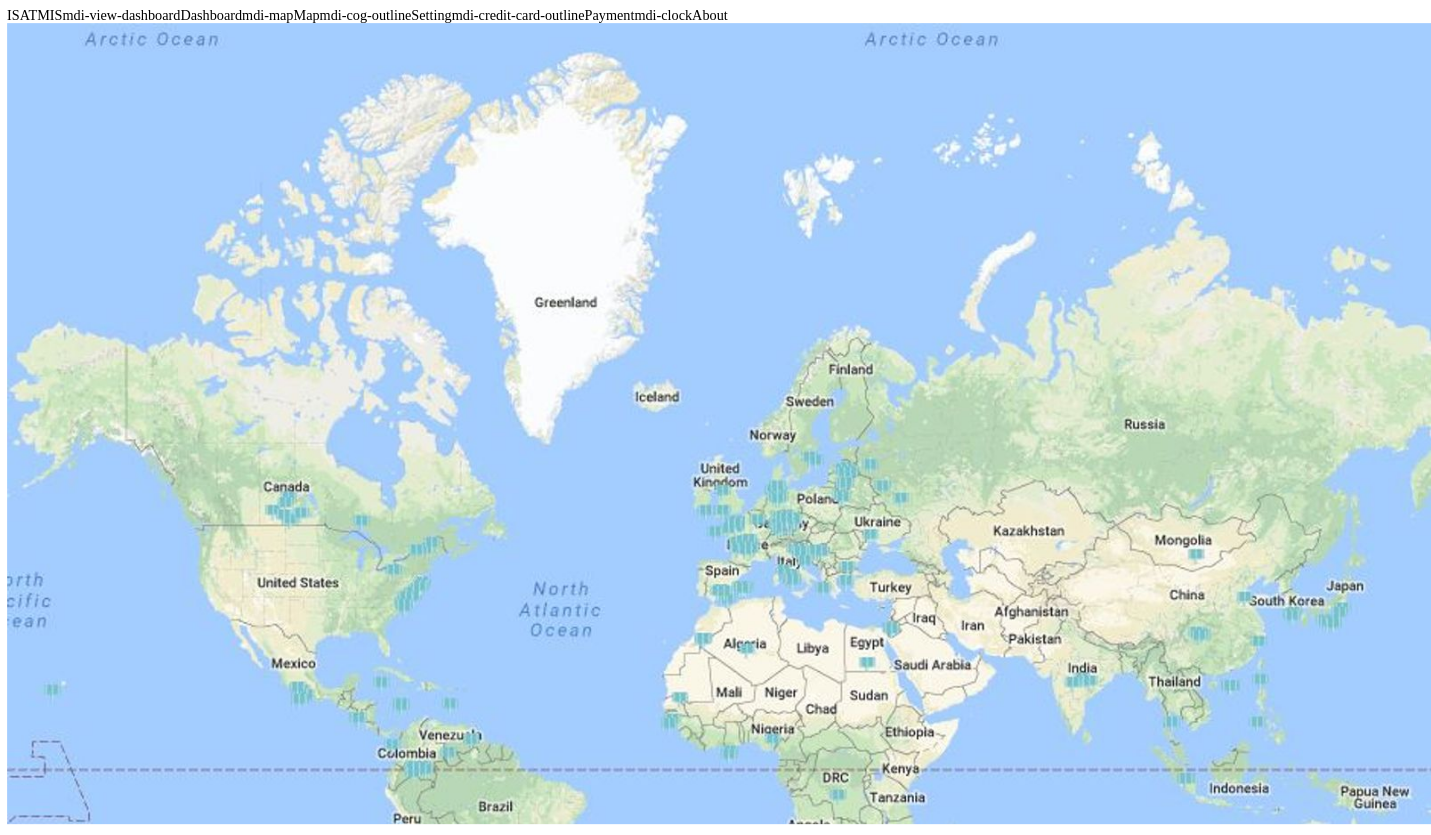
Repository: umarrg/isatmis
Page: /map
These files come from the project's save history. The page is drawn as it stood at one moment and after a run of saves; the edit follows.
The browser window is 1280 px wide. The page is 1608 px wide, so the pictures cover 1608 px, including what lies to the right of the window. The pictures show the whole page, at 89% of full size.
The project was rebuilt for these pictures with package versions that can differ from the ones it lists, and the page was loaded fresh each time. Also part of the build but not shown: vue.config.js, src/views/Home.vue. Imported but missing from the stored project, and not drawn on this page: src/plugins/vuetify, src/views/about.vue, src/views/setting.vue.

Above is the page before, as saved 2021-01-26 07:36:33.

After the next 2 saves:
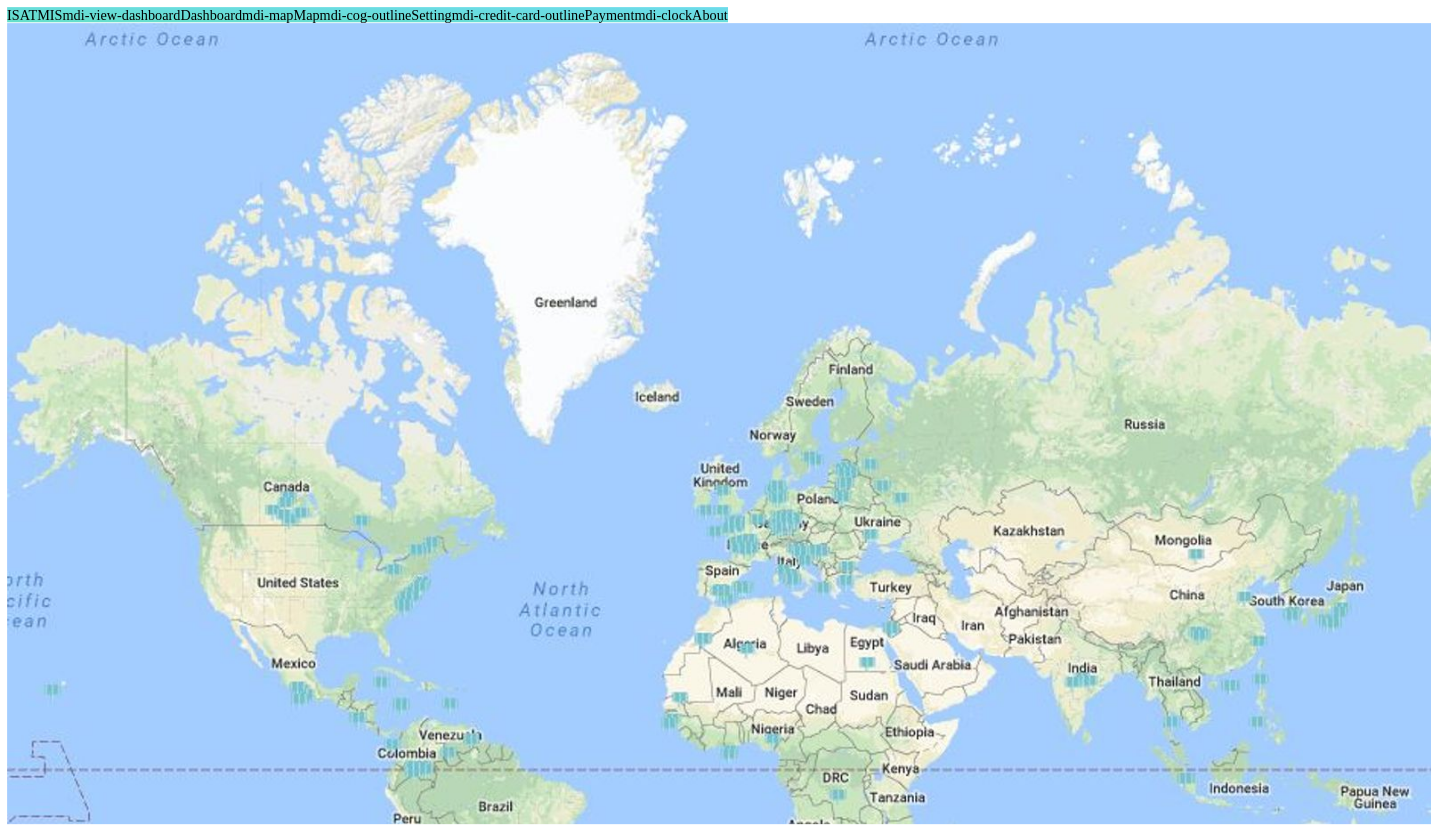
The 2 saves are shown as one change because they came seconds apart.
The last was saved 6 s later.
--- a/src/components/Navbar.vue
+++ b/src/components/Navbar.vue
@@ -32,7 +32,7 @@
   );
       </div>
     </v-app-bar> -->
-    <v-navigation-drawer v-model="drawer"  app overlay-opacity=""  fixed clipped  style="ba" >
+    <v-navigation-drawer v-model="drawer"  app overlay-opacity=""  fixed clipped  style="background: linear-gradient(to right top, #65dfc9, #6cdbeb" >
       <v-layout column align-center>
         <v-flex class="mt-7 mb-8">
           <span class="text-h4 white--text font-weight-light">
